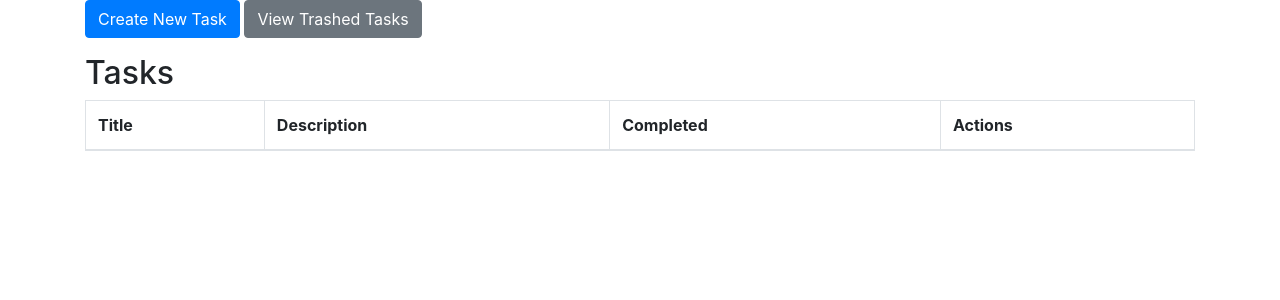
Repository: Abdulahi338/Crude-operation-using-MVC
Page: http://localhost/tasks
The author's editor kept a copy of each file at every save. The page is drawn from the files as they stood at one save, then again after a run of saves.
The browser window is 1280 px wide. The pictures show the whole page.
Some web libraries are served in a nearby version. The page is served by the project's Laravel application, run on PHP 8.4 with Laravel 12. Other server files are loaded and not shown. Queries for data that is not in the repository find no rows.

Above is the page before, as saved 2024-09-06 16:06:03.

### routes/web.php
<?php
use App\Http\Controllers\TaskController;

// Define routes
Route::resource('tasks', TaskController::class);
Route::post('/tasks/{task}/restore', [TaskController::class, 'restore'])->name('tasks.restore');
Route::get('/tasks.trashed', [TaskController::class, 'trashed'])->name('tasks.trashed');
Route::post('/tasks/restore-all', [TaskController::class, 'restoreAll'])->name('tasks.restore.all');

### app/Http/Controllers/TaskController.php
<?php

namespace App\Http\Controllers;

use App\Models\Task;
use Illuminate\Http\Request;

class TaskController extends Controller
{
    // Display a listing of the tasks.
    public function index()
    {
        // Fetch only non-deleted tasks
        $tasks = Task::whereNull('deleted_at')->get();
        return view('tasks.index', compact('tasks'));
    }

    // Show the form for creating a new task.
    public function create()
    {
        return view('tasks.create');
    }

    // Store a newly created task in storage.
    public function store(Request $request)
    {
        $request->validate([
            'title' => 'required|max:255',
            'description' => 'nullable',
        ]);

        Task::create($request->all());
        return redirect()->route('tasks.index')->with('success', 'Task created successfully.');
    }

    // Display the specified task.
    public function show(Task $task)
    {
        return view('tasks.show', compact('task'));
    }

    // Show the form for editing the specified task.
    public function edit(Task $task)
    {
        return view('tasks.edit', compact('task'));
    }

    // Update the specified task in storage.
    public function update(Request $request, Task $task)
    {
        $request->validate([
            'title' => 'required|max:255',
            'description' => 'nullable',
        ]);

        $task->update($request->all());
        return redirect()->route('tasks.index')->with('success', 'Task updated successfully.');
    }

    // Remove the specified task from storage.
    public function destroy(Task $task)
    {
        $task->delete(); // Soft delete
        return redirect()->route('tasks.index')->with('success', 'Task deleted successfully.');
    }

    // Restore a soft-deleted task.
    public function restore($id)
    {
        $task = Task::onlyTrashed()->findOrFail($id);

        if ($task) {
            $task->restore();
            return redirect()->route('tasks.index')->with('success', 'Task restored successfully.');
        }

        return redirect()->route('tasks.index')->with('error', 'Task not found.');
    }


    public function trashed()
    {
        $tasks = Task::onlyTrashed()->get();
        return view('tasks.trashed', compact('tasks'));
    }
    public function restoreAll()
    {
        Task::onlyTrashed()->restore();
        return redirect()->route('tasks.trashed')->with('success', 'All trashed tasks have been restored.');
    }
}

### app/Models/Task.php
<?php

namespace App\Models;

use Illuminate\Database\Eloquent\Factories\HasFactory;
use Illuminate\Database\Eloquent\Model;
use Illuminate\Database\Eloquent\SoftDeletes; // Import SoftDeletes trait

class Task extends Model
{
    use HasFactory, SoftDeletes;

    protected $fillable = [
        'title',
        'description',
        'completed',
    ];

    // Specify which attributes should be treated as dates
    protected $dates = ['deleted_at'];
}

### resources/views/tasks/index.blade.php
<!DOCTYPE html>
<html lang="en">
<head>
    <meta charset="UTF-8">
    <meta name="viewport" content="width=device-width, initial-scale=1.0">
    <title>Tasks</title>
    <link rel="stylesheet" href="https://maxcdn.bootstrapcdn.com/bootstrap/4.0.0/css/bootstrap.min.css">
</head>
<body>
    <div class="container mt-6">
        @if (session('success'))
            <div class="alert alert-success">
                {{ session('success') }}
            </div>
        @elseif (session('error'))
            <div class="alert alert-danger">
                {{ session('error') }}
            </div>
        @endif

        <a href="{{ route('tasks.create') }}" class="btn btn-primary mb-3">Create New Task</a>
        <a href="{{ route('tasks.trashed') }}" class="btn btn-secondary mb-3">View Trashed Tasks</a>

        <h2>Tasks</h2>
        <table class="table table-bordered">
            <thead>
                <tr>
                    <th>Title</th>
                    <th>Description</th>
                    <th>Completed</th>
                    <th>Actions</th>
                </tr>
            </thead>
            <tbody>
                @foreach ($tasks as $task)
                    <tr>
                        <td>{{ $task->title }}</td>
                        <td>{{ $task->description }}</td>
                        <td>{{ $task->completed ? 'Yes' : 'No' }}</td>
                        <td>
                            <a href="{{ route('tasks.edit', $task->id) }}" class="btn btn-warning">Edit</a>

                            <form action="{{ route('tasks.destroy', $task->id) }}" method="POST" style="display:inline;">
                                @csrf
                                @method('DELETE')
                                <button type="submit" class="btn btn-danger">Delete</button>
                            </form>
                        </td>
                    </tr>
                @endforeach
            </tbody>
        </table>
    </div>
    <script src="https://code.jquery.com/jquery-3.2.1.slim.min.js"></script>
    <script src="https://cdnjs.cloudflare.com/ajax/libs/popper.js/1.11.0/umd/popper.min.js"></script>
    <script src="https://maxcdn.bootstrapcdn.com/bootstrap/4.0.0/js/bootstrap.min.js"></script>
</body>
</html>

Loaded but not shown: app/Http/Controllers/Controller.php (common file)

After the next 2 saves:
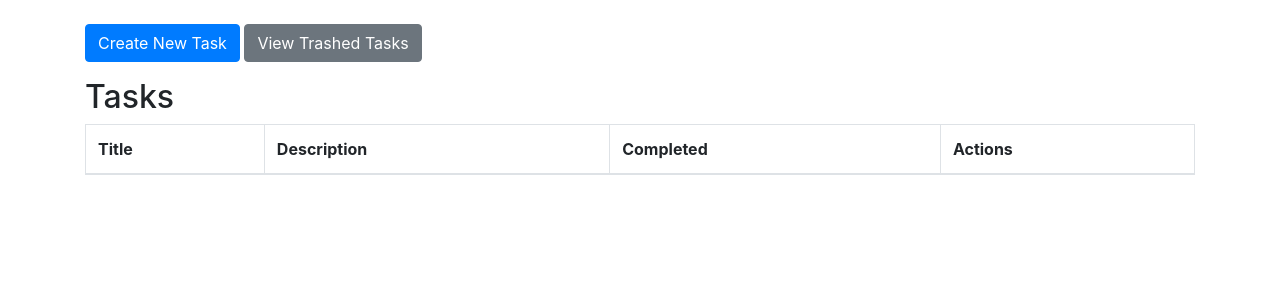
The 2 saves are shown as one change because they came seconds apart.
The last was saved 24 s later.
--- a/resources/views/tasks/index.blade.php
+++ b/resources/views/tasks/index.blade.php
@@ -7,7 +7,7 @@
     <link rel="stylesheet" href="https://maxcdn.bootstrapcdn.com/bootstrap/4.0.0/css/bootstrap.min.css">
 </head>
 <body>
-    <div class="container mt-6">
+    <div class="container mt-4">
         @if (session('success'))
             <div class="alert alert-success">
                 {{ session('success') }}

After the save that followed:
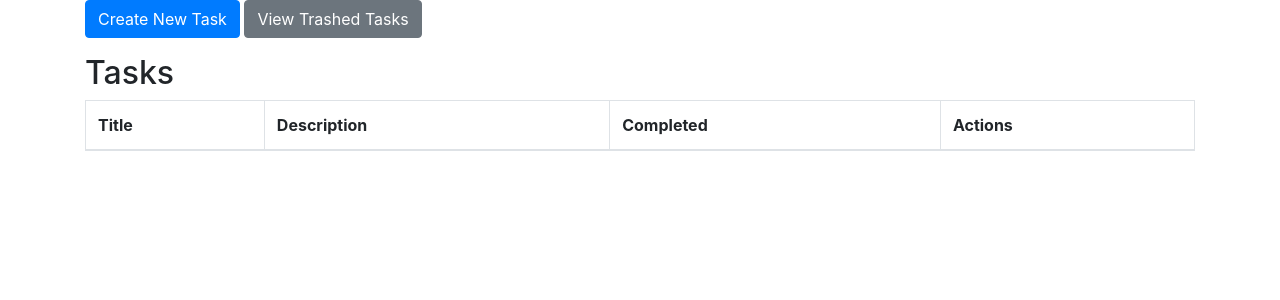
Saved 83 s later.
--- a/resources/views/tasks/index.blade.php
+++ b/resources/views/tasks/index.blade.php
@@ -7,7 +7,7 @@
     <link rel="stylesheet" href="https://maxcdn.bootstrapcdn.com/bootstrap/4.0.0/css/bootstrap.min.css">
 </head>
 <body>
-    <div class="container mt-4">
+    <div class="container mt-">
         @if (session('success'))
             <div class="alert alert-success">
                 {{ session('success') }}
